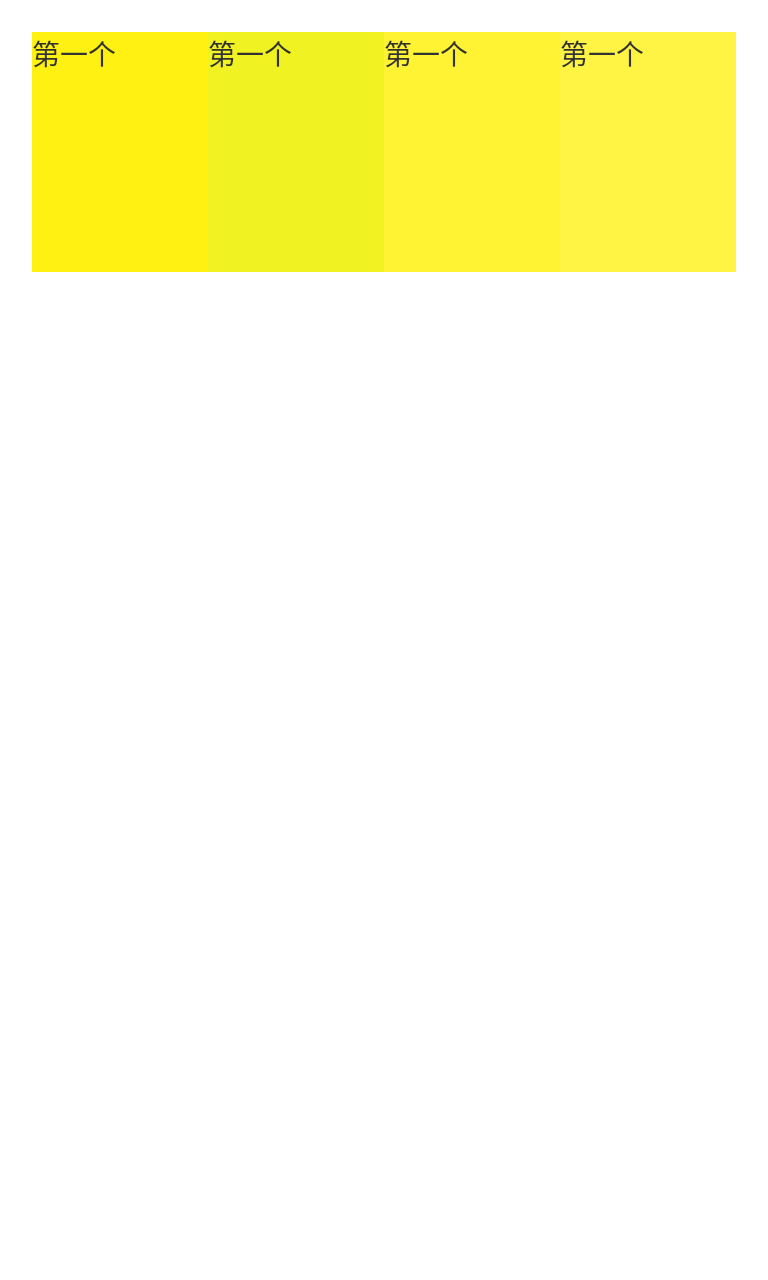
Repository: qwer2714856/Android_learn
Layout: linearylayout/res/layout/activity_main.xml
These files come from the project's save history. The layout is drawn as it stood at one moment and after the next save; the edit follows.
It is drawn on a 768 x 1280 px phone screen (xhdpi) without system bars, with theme AppTheme; the app's code is not run.

Above is the layout before, as saved 2015-09-28 07:46:46.

After the next save:
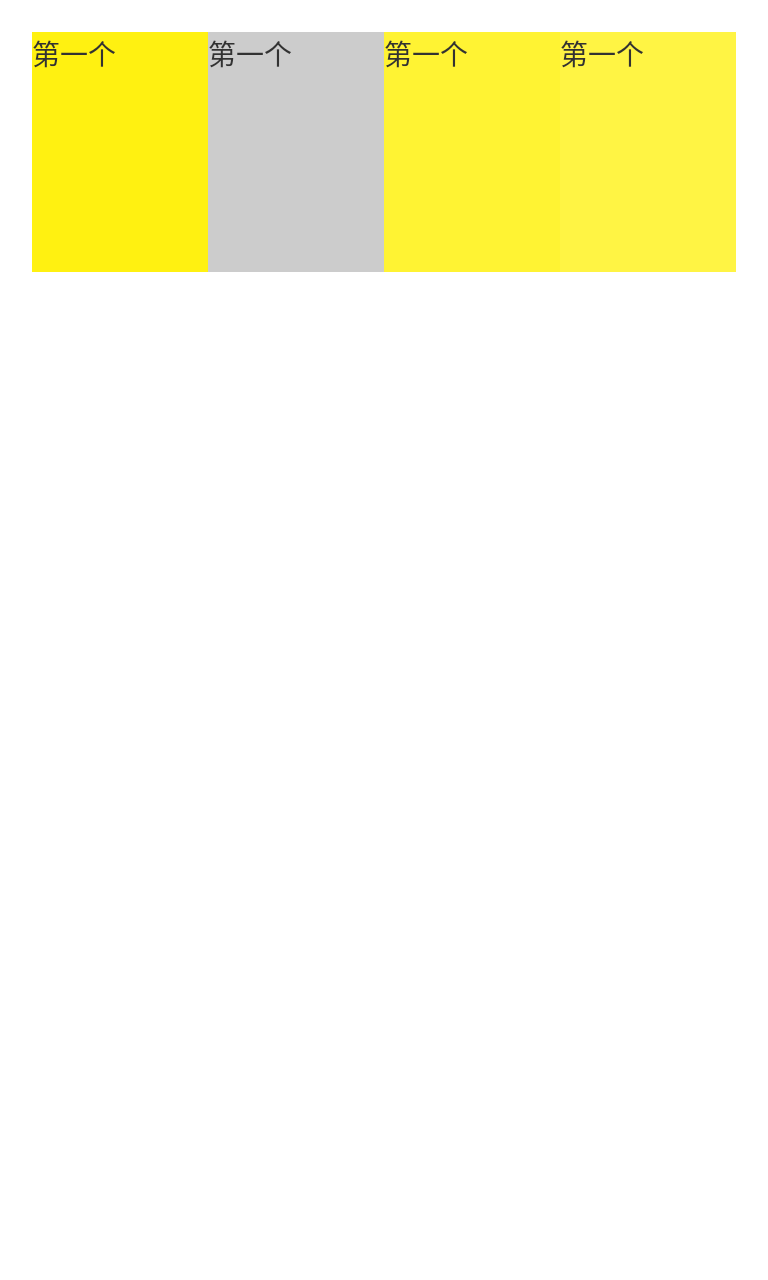
Saved 11 s later.
--- a/linearylayout/res/layout/activity_main.xml
+++ b/linearylayout/res/layout/activity_main.xml
@@ -21,7 +21,7 @@
         android:layout_height="120dp"
         android:text="第一个"
         android:layout_weight="1"
-        android:background="#f0f222"
+        android:background="#cccccc"
         />
       <TextView
         android:layout_width="0dp"
